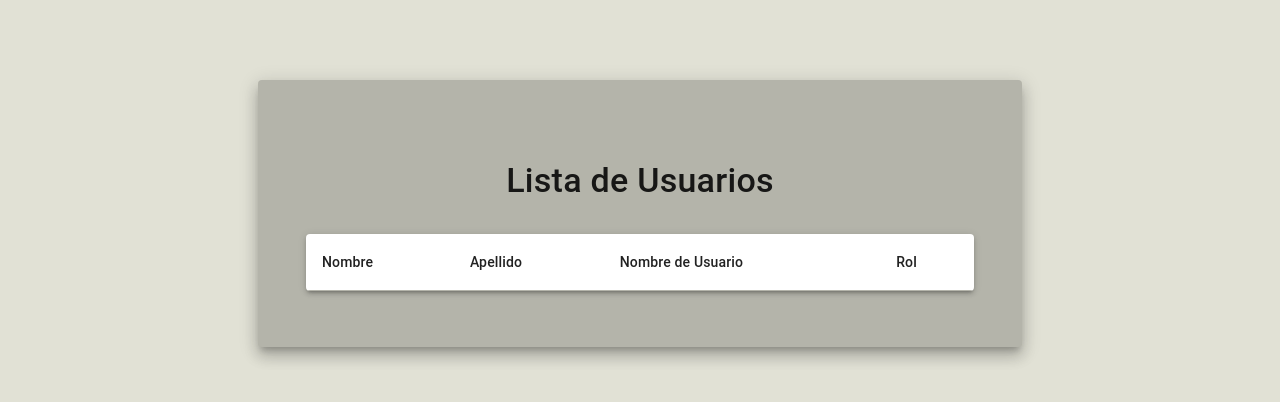
Repository: Mpablom/usuarioCaC-integrador-final-front
Page: /usuarios
These files come from the project's save history. The page is drawn as it stood at one moment and after the next save; the edit follows.
The browser window is 1280 px wide. The pictures show the whole page.
The page's requests for data from a server got no answer. The project was rebuilt for these pictures with package versions that can differ from the ones it lists, and the page was loaded fresh each time. No one was signed in, and anything a server would have sent is missing. Also part of the build but not shown: vite.config.ts, src/components/Login.tsx.

Above is the page before, as saved 2024-07-11 00:19:01.

After the next save:
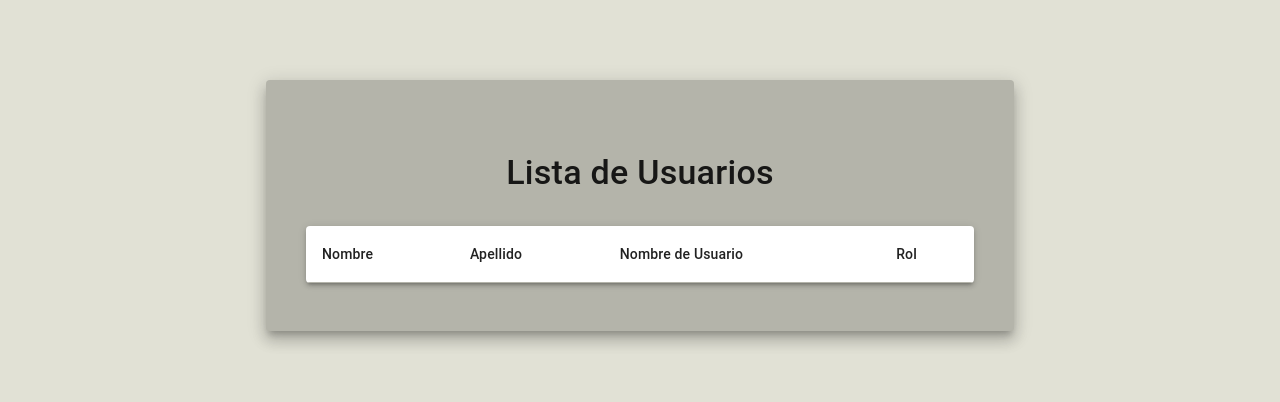
Saved 6 s later.
--- a/src/components/UsuariosTable.tsx
+++ b/src/components/UsuariosTable.tsx
@@ -32,7 +32,7 @@ const UsuariosTable: React.FC = () => {
   }, []);
 
   return (
-    <Card sx={{ maxWidth: 700, margin: "auto", boxShadow:'10', mt: 10, p: 4, bgcolor:"#B4B4AA" }}>
+    <Card sx={{ maxWidth: 700, margin: "auto", boxShadow:'10', mt: 10, p: 3, bgcolor:"#B4B4AA" }}>
       <CardContent>
          <Typography variant="h4" component="h1" p={4} textAlign={"center"} fontWeight={500}>
           Lista de Usuarios
